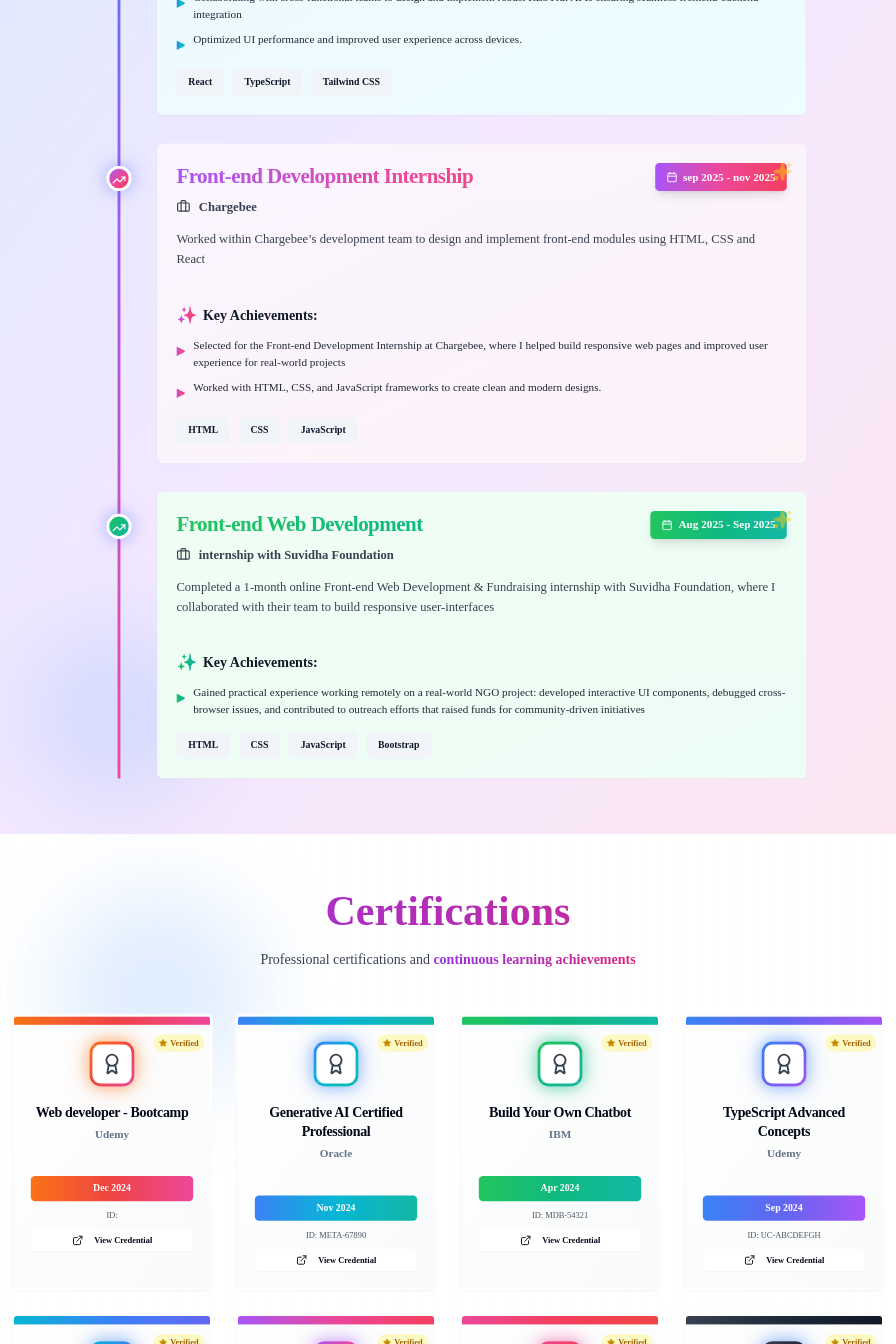
Repository: sm6746/PORTFOLIO
Page: /
The author's editor kept a copy of each file at every save. The page is drawn from the files as they stood at one save, then again after a run of saves.
The browser window is 1280 px wide. The pictures show the part of the page from y = 4580 to 6500 px (the page is 8260 px tall), at 70% of full size.
The project was rebuilt for these pictures with package versions that can differ from the ones it lists, and the page was loaded fresh each time. Also part of the build but not shown: vite.config.ts.

Above is the page before, as saved 2025-11-07 12:31:31.

### index.html
<!DOCTYPE html>
<html lang="en">
  <head>
    <meta charset="UTF-8" />
    <link rel="icon" type="image/svg+xml" href="/favicon.svg" />
    <meta name="viewport" content="width=device-width, initial-scale=1.0" />
    <title>Portfolio</title>
  </head>
  <body>
    <div id="root"></div>
    <script type="module" src="/app/main.tsx"></script>
  </body>
</html>

### app/main.tsx
import React from 'react'
import ReactDOM from 'react-dom/client'
import App from './app'
import './globals.css'

ReactDOM.createRoot(document.getElementById('root')!).render(
  <React.StrictMode>
    <App />
  </React.StrictMode>,
)

### app/app.tsx
import { ThemeProvider } from '@/lib/theme-context';
import { Header } from '@/components/header';
import { HeroSection } from '@/components/hero-section';
import { AboutSection } from '@/components/about-section';
import { SkillsSection } from '@/components/skills-section';
import { ProjectsSection } from '@/components/projects-section';
import { ExperienceSection } from '@/components/experience-section';
import { CertificationsSection } from '@/components/certifications-section';
import { ContactSection } from '@/components/contact-section';
import { Footer } from '@/components/footer';
import { ScrollToTop } from '@/components/scroll-to-top';

function App() {
  return (
    <ThemeProvider>
      <div className="min-h-screen bg-white dark:bg-gray-900 transition-colors duration-300">
        <Header />
        <main>
          <HeroSection />
          <AboutSection />
          <SkillsSection />
          <ProjectsSection />
          <ExperienceSection />
          <CertificationsSection />
          <ContactSection />
        </main>
        <Footer />
        <ScrollToTop />
      </div>
    </ThemeProvider>
  );
}

export default App;

### lib/theme-context.tsx
import React, { createContext, useContext, useEffect, useState } from 'react';

type Theme = 'light' | 'dark';

type ThemeContextType = {
  theme: Theme;
  toggleTheme: () => void;
};

const ThemeContext = createContext<ThemeContextType | undefined>(undefined);

export function ThemeProvider({ children }: { children: React.ReactNode }) {
  const [theme, setTheme] = useState<Theme>(() => {
    const stored = localStorage.getItem('portfolio-theme');
    return (stored as Theme) || 'light';
  });

  useEffect(() => {
    localStorage.setItem('portfolio-theme', theme);
    document.documentElement.classList.toggle('dark', theme === 'dark');
  }, [theme]);

  const toggleTheme = () => {
    setTheme(prev => (prev === 'light' ? 'dark' : 'light'));
  };

  return (
    <ThemeContext.Provider value={{ theme, toggleTheme }}>
      {children}
    </ThemeContext.Provider>
  );
}

export function useTheme() {
  const context = useContext(ThemeContext);
  if (!context) {
    throw new Error('useTheme must be used within ThemeProvider');
  }
  return context;
}

### components/certifications-section.tsx
import { Card, CardContent, CardHeader, CardTitle, CardDescription } from '@/components/ui/card';
import { Badge } from '@/components/ui/badge';
import { Button } from '@/components/ui/button';
import { Award, ExternalLink, Star } from 'lucide-react';
import { useScrollAnimation } from '@/hooks/use-scroll-animation';

export function CertificationsSection() {
  const { ref, isVisible } = useScrollAnimation();

  const certifications = [
    {
      title: 'Web developer - Bootcamp ',
      issuer: 'Udemy ',
      date: 'Dec 2024',
      /*credentialId: 'AWS-12345',*/
      gradient: 'from-orange-500 via-red-500 to-pink-500',
      glowClass: 'glow-orange',
    },
    {
      title: 'Generative AI Certified Professional ',
      issuer: 'Oracle',
      date: 'Nov 2024',
      credentialId: 'META-67890',
      gradient: 'from-blue-500 via-cyan-500 to-teal-500',
      glowClass: 'glow-blue',
    },
    {
      title: 'Build Your Own Chatbot',

      issuer: 'IBM',
      date: 'Apr 2024',
      credentialId: 'MDB-54321',
      gradient: 'from-green-500 via-emerald-500 to-teal-500',
      glowClass: 'glow-green',
    },
    {
      title: 'TypeScript Advanced Concepts',
      issuer: 'Udemy',
      date: 'Sep 2024',
      credentialId: 'UC-ABCDEFGH',
      gradient: 'from-blue-500 via-indigo-500 to-purple-500',
      glowClass: 'glow-blue',
    },
    {
      title: 'Docker & Kubernetes',
      issuer: 'Linux Foundation',
      date: 'Aug 2024',
      credentialId: 'LF-98765',
      gradient: 'from-cyan-500 via-blue-500 to-indigo-500',
      glowClass: 'glow-blue',
    },
    {
      title: 'Full Stack Web Development',
      issuer: 'Coursera',
      date: 'Jul 2024',
      credentialId: 'COURSERA-123456',
      gradient: 'from-purple-500 via-pink-500 to-rose-500',
      glowClass: 'glow-purple',
    },
    {
      title: 'GraphQL Fundamentals',
      issuer: 'Apollo',
      date: 'Jun 2024',
      credentialId: 'APOLLO-11223',
      gradient: 'from-pink-500 via-rose-500 to-red-500',
      glowClass: 'glow-pink',
    },
    {
      title: 'Git & GitHub Mastery',
      issuer: 'GitHub Learning Lab',
      date: 'May 2024',
      credentialId: 'GH-44556',
      gradient: 'from-gray-700 via-gray-800 to-gray-900',
      glowClass: 'glow-blue',
    },
  ];

  return (
    <section
      id="certifications"
      ref={ref as React.RefObject<HTMLElement>}
      className="py-20 bg-white dark:bg-gray-900 relative overflow-hidden"
    >
      <div className="absolute inset-0 bg-grid-pattern opacity-5"></div>
      <div className="absolute top-20 left-20 w-72 h-72 bg-blue-400/20 rounded-full blur-3xl"></div>
      <div className="absolute bottom-20 right-20 w-72 h-72 bg-purple-400/20 rounded-full blur-3xl"></div>

      <div className="container mx-auto px-4 relative z-10">
        <div
          className={`transition-all duration-1000 ${
            isVisible ? 'opacity-100 translate-y-0' : 'opacity-0 translate-y-10'
          }`}
        >
          <h2 className="text-5xl md:text-6xl font-extrabold text-center mb-6 bg-gradient-to-r from-blue-600 via-purple-600 to-pink-600 dark:from-blue-400 dark:via-purple-400 dark:to-pink-400 bg-clip-text text-transparent animate-gradient">
            Certifications
          </h2>
          <p className="text-center text-gray-700 dark:text-gray-300 mb-16 text-xl font-medium">
            Professional certifications and <span className="text-transparent bg-clip-text bg-gradient-to-r from-purple-600 to-pink-600 font-bold">continuous learning achievements</span>
          </p>

          <div className="grid md:grid-cols-2 lg:grid-cols-4 gap-8">
            {certifications.map((cert, index) => (
              <Card
                key={index}
                className={`group hover:shadow-2xl transition-all duration-500 transform hover:-translate-y-4 hover:scale-110 border-4 border-transparent hover:border-current overflow-hidden bg-gradient-to-br from-white to-gray-50 dark:from-gray-800 dark:to-gray-900 ${
                  isVisible ? 'opacity-100 translate-y-0' : 'opacity-0 translate-y-10'
                }`}
                style={{ transitionDelay: `${index * 100}ms` }}
              >
                <div className={`h-3 bg-gradient-to-r ${cert.gradient}`}></div>
                <CardHeader className="relative">
                  <div className={`w-16 h-16 mx-auto rounded-2xl bg-gradient-to-br ${cert.gradient} p-1 mb-4 group-hover:scale-125 group-hover:rotate-12 transition-all duration-500 shadow-xl ${cert.glowClass}`}>
                    <div className="w-full h-full rounded-xl bg-white dark:bg-gray-800 flex items-center justify-center">
                      <Award className="h-8 w-8 text-gray-700 dark:text-gray-300" />
                    </div>
                  </div>
                  <div className="absolute top-2 right-2 flex items-center gap-1 bg-yellow-100 dark:bg-yellow-900/50 px-2 py-1 rounded-full">
                    <Star className="h-3 w-3 text-yellow-600 fill-yellow-600" />
                    <span className="text-xs font-bold text-yellow-700 dark:text-yellow-400">Verified</span>
                  </div>
                  <CardTitle className={`text-xl font-bold text-center group-hover:bg-gradient-to-r ${cert.gradient} group-hover:bg-clip-text group-hover:text-transparent transition-all duration-300`}>
                    {cert.title}
                  </CardTitle>
                  <CardDescription className="text-center font-semibold text-base">{cert.issuer}</CardDescription>
                </CardHeader>
                <CardContent className="p-6">
                  <div className="space-y-3">
                    <Badge variant="outline" className={`w-full justify-center text-sm font-bold py-2 border-3 bg-gradient-to-r ${cert.gradient} text-white`}>
                      {cert.date}
                    </Badge>
                    <p className="text-xs text-gray-600 dark:text-gray-400 text-center font-medium">
                      ID: {cert.credentialId}
                    </p>
                    <Button
                      variant="outline"
                      size="sm"
                      className={`w-full border-3 hover:bg-gradient-to-r ${cert.gradient} hover:text-white hover:border-transparent font-bold transform hover:scale-105 transition-all duration-300`}
                    >
                      <ExternalLink className="h-4 w-4 mr-2" />
                      View Credential
                    </Button>
                  </div>
                </CardContent>
              </Card>
            ))}
          </div>
        </div>
      </div>
    </section>
  );
}

### components/footer.tsx
import { Github, Linkedin, Mail } from 'lucide-react';
import { Button } from '@/components/ui/button';

export function Footer() {
  return (
    <footer className="py-12 bg-gray-900 text-white">
      <div className="container mx-auto px-4">
        <div className="flex flex-col items-center gap-6">
          <div className="text-3xl font-bold bg-gradient-to-r from-blue-400 to-purple-400 bg-clip-text text-transparent">
            SHIVANI MEHRA
          </div>
          <p className="text-gray-400 text-center max-w-md">
            Building the future, one line of code at a time. Let's create something amazing together.
          </p>
          <div className="flex gap-4">
            <Button
              variant="ghost"
              size="icon"
              className="rounded-full hover:bg-blue-600/20 text-gray-300 hover:text-white transition-all"
            >
              <a
              href="https://github.com/sm6746"
              target="_blank"
              rel="noopener noreferrer"
            >
              <Github className="h-5 w-5" />
              </a>
            </Button>
            <Button
              variant="ghost"
              size="icon"
              className="rounded-full hover:bg-blue-600/20 text-gray-300 hover:text-white transition-all"
            >
              <a
              href="https://www.linkedin.com/in/shivani-mehra-/"
              target="_blank"
              rel="noopener noreferrer"
            >
              <Linkedin className="h-7 w-7" />
              </a>
            </Button>
            <Button
              variant="ghost"
              size="icon"
              className="rounded-full hover:bg-blue-600/20 text-gray-300 hover:text-white transition-all"
            >
              <a
              href="https://mail.google.com/mail/?view=cm&fs=1&to=shivanimehra22may@gmail.com"
              target="_blank"
              rel="noopener noreferrer"
            >
               <Mail className="h-5 w-5" />
              </a>

            </Button>
          </div>
          <div className="border-t border-gray-800 pt-6 w-full text-center">
            <p className="text-gray-500 text-sm">

            </p>
          </div>
        </div>
      </div>
    </footer>
  );
}

### components/scroll-to-top.tsx
import { Button } from '@/components/ui/button';
import { ArrowUp } from 'lucide-react';
import { useEffect, useState } from 'react';

export function ScrollToTop() {
  const [isVisible, setIsVisible] = useState(false);

  useEffect(() => {
    const toggleVisibility = () => {
      setIsVisible(window.scrollY > 500);
    };

    window.addEventListener('scroll', toggleVisibility);
    return () => window.removeEventListener('scroll', toggleVisibility);
  }, []);

  const scrollToTop = () => {
    window.scrollTo({ top: 0, behavior: 'smooth' });
  };

  if (!isVisible) return null;

  return (
    <Button
      onClick={scrollToTop}
      size="icon"
      className="fixed bottom-8 right-8 z-50 rounded-full shadow-lg bg-gradient-to-r from-blue-600 to-purple-600 hover:from-blue-700 hover:to-purple-700 animate-bounce"
    >
      <ArrowUp className="h-5 w-5" />
    </Button>
  );
}

### components/ui/button.tsx
import * as React from "react"
import { Slot } from "@radix-ui/react-slot"
import { cva, type VariantProps } from "class-variance-authority"

import { cn } from "@/lib/utlis"

const buttonVariants = cva(
  "inline-flex items-center justify-center gap-2 whitespace-nowrap rounded-md text-sm font-medium transition-colors focus-visible:outline-none focus-visible:ring-1 focus-visible:ring-ring disabled:pointer-events-none disabled:opacity-50 [&_svg]:pointer-events-none [&_svg]:size-4 [&_svg]:shrink-0",
  {
    variants: {
      variant: {
        default:
          "bg-primary text-primary-foreground shadow hover:bg-primary/90",
        destructive:
          "bg-destructive text-destructive-foreground shadow-sm hover:bg-destructive/90",
        outline:
          "border border-input bg-background shadow-sm hover:bg-accent hover:text-accent-foreground",
        secondary:
          "bg-secondary text-secondary-foreground shadow-sm hover:bg-secondary/80",
        ghost: "hover:bg-accent hover:text-accent-foreground",
        link: "text-primary underline-offset-4 hover:underline",
      },
      size: {
        default: "h-9 px-4 py-2",
        sm: "h-8 rounded-md px-3 text-xs",
        lg: "h-10 rounded-md px-8",
        icon: "h-9 w-9",
      },
    },
    defaultVariants: {
      variant: "default",
      size: "default",
    },
  }
)

export interface ButtonProps
  extends React.ButtonHTMLAttributes<HTMLButtonElement>,
    VariantProps<typeof buttonVariants> {
  asChild?: boolean
}

const Button = React.forwardRef<HTMLButtonElement, ButtonProps>(
  ({ className, variant, size, asChild = false, ...props }, ref) => {
    const Comp = asChild ? Slot : "button"
    return (
      <Comp
        className={cn(buttonVariants({ variant, size, className }))}
        ref={ref}
        {...props}
      />
    )
  }
)
Button.displayName = "Button"

export { Button, buttonVariants }

### hooks/use-scroll-animation.ts
import { useEffect, useRef, useState } from 'react';

export function useScrollAnimation() {
  const ref = useRef<HTMLElement>(null);
  const [isVisible, setIsVisible] = useState(false);

  useEffect(() => {
    const observer = new IntersectionObserver(
      ([entry]) => {
        if (entry.isIntersecting) {
          setIsVisible(true);
        }
      },
      { threshold: 0.1 }
    );

    if (ref.current) {
      observer.observe(ref.current);
    }

    return () => {
      if (ref.current) {
        observer.unobserve(ref.current);
      }
    };
  }, []);

  return { ref, isVisible };
}

### components/ui/card.tsx
import * as React from "react"

import { cn } from "@/lib/utlis"

const Card = React.forwardRef<
  HTMLDivElement,
  React.HTMLAttributes<HTMLDivElement>
>(({ className, ...props }, ref) => (
  <div
    ref={ref}
    className={cn(
      "rounded-lg border bg-card text-card-foreground shadow-sm",
      className,
    )}
    {...props}
  />
))
Card.displayName = "Card"

const CardHeader = React.forwardRef<
  HTMLDivElement,
  React.HTMLAttributes<HTMLDivElement>
>(({ className, ...props }, ref) => (
  <div
    ref={ref}
    className={cn("flex flex-col space-y-1.5 p-6", className)}
    {...props}
  />
))
CardHeader.displayName = "CardHeader"

const CardTitle = React.forwardRef<
  HTMLParagraphElement,
  React.HTMLAttributes<HTMLHeadingElement>
>(({ className, ...props }, ref) => (
  <h3
    ref={ref}
    className={cn(
      "text-2xl font-semibold leading-none tracking-tight",
      className,
    )}
    {...props}
  />
))
CardTitle.displayName = "CardTitle"

const CardDescription = React.forwardRef<
  HTMLParagraphElement,
  React.HTMLAttributes<HTMLParagraphElement>
>(({ className, ...props }, ref) => (
  <p
    ref={ref}
    className={cn("text-sm text-muted-foreground", className)}
    {...props}
  />
))
CardDescription.displayName = "CardDescription"

const CardContent = React.forwardRef<
  HTMLDivElement,
  React.HTMLAttributes<HTMLDivElement>
>(({ className, ...props }, ref) => (
  <div ref={ref} className={cn("p-6 pt-0", className)} {...props} />
))
CardContent.displayName = "CardContent"

const CardFooter = React.forwardRef<
  HTMLDivElement,
  React.HTMLAttributes<HTMLDivElement>
>(({ className, ...props }, ref) => (
  <div
    ref={ref}
    className={cn("flex items-center p-6 pt-0", className)}
    {...props}
  />
))
CardFooter.displayName = "CardFooter"

export { Card, CardHeader, CardFooter, CardTitle, CardDescription, CardContent }

### components/ui/badge.tsx
import * as React from "react"
import { cva, type VariantProps } from "class-variance-authority"

import { cn } from "@/lib/utlis"

const badgeVariants = cva(
  "inline-flex items-center rounded-md border px-2.5 py-0.5 text-xs font-semibold transition-colors focus:outline-none focus:ring-2 focus:ring-ring focus:ring-offset-2",
  {
    variants: {
      variant: {
        default:
          "border-transparent bg-primary text-primary-foreground shadow hover:bg-primary/80",
        secondary:
          "border-transparent bg-secondary text-secondary-foreground hover:bg-secondary/80",
        destructive:
          "border-transparent bg-destructive text-destructive-foreground shadow hover:bg-destructive/80",
        outline: "text-foreground",
      },
    },
    defaultVariants: {
      variant: "default",
    },
  }
)

export interface BadgeProps
  extends React.HTMLAttributes<HTMLDivElement>,
    VariantProps<typeof badgeVariants> {}

function Badge({ className, variant, ...props }: BadgeProps) {
  return (
    <div className={cn(badgeVariants({ variant }), className)} {...props} />
  )
}

export { Badge, badgeVariants }

### components/ui/input.tsx
import * as React from "react"

import { cn } from "@/lib/utlis"

const Input = React.forwardRef<HTMLInputElement, React.ComponentProps<"input">>(
  ({ className, type, ...props }, ref) => {
    return (
      <input
        type={type}
        className={cn(
          "flex h-9 w-full rounded-md border border-input bg-transparent px-3 py-1 text-base shadow-sm transition-colors file:border-0 file:bg-transparent file:text-sm file:font-medium file:text-foreground placeholder:text-muted-foreground focus-visible:outline-none focus-visible:ring-1 focus-visible:ring-ring disabled:cursor-not-allowed disabled:opacity-50 md:text-sm",
          className
        )}
        ref={ref}
        {...props}
      />
    )
  }
)
Input.displayName = "Input"

export { Input }

### components/ui/textarea.tsx
import * as React from "react"

import { cn } from "@/lib/utlis"

const Textarea = React.forwardRef<
  HTMLTextAreaElement,
  React.ComponentProps<"textarea">
>(({ className, ...props }, ref) => {
  return (
    <textarea
      className={cn(
        "flex min-h-[60px] w-full rounded-md border border-input bg-transparent px-3 py-2 text-base shadow-sm placeholder:text-muted-foreground focus-visible:outline-none focus-visible:ring-1 focus-visible:ring-ring disabled:cursor-not-allowed disabled:opacity-50 md:text-sm",
        className
      )}
      ref={ref}
      {...props}
    />
  )
})
Textarea.displayName = "Textarea"

export { Textarea }

Loaded but not shown: lib/utlis.tsx (common file); tailwind.config.js (62 lines, source omitted); components/projects-section.tsx (180 lines, source omitted); components/contact-section.tsx (144 lines, source omitted); components/experience-section.tsx (141 lines, source omitted); components/hero-section.tsx (124 lines, source omitted); components/about-section.tsx (79 lines, source omitted); components/skills-section.tsx (112 lines, source omitted); components/header.tsx (82 lines, source omitted); app/globals.css (115 lines, source omitted)

After the next 2 saves:
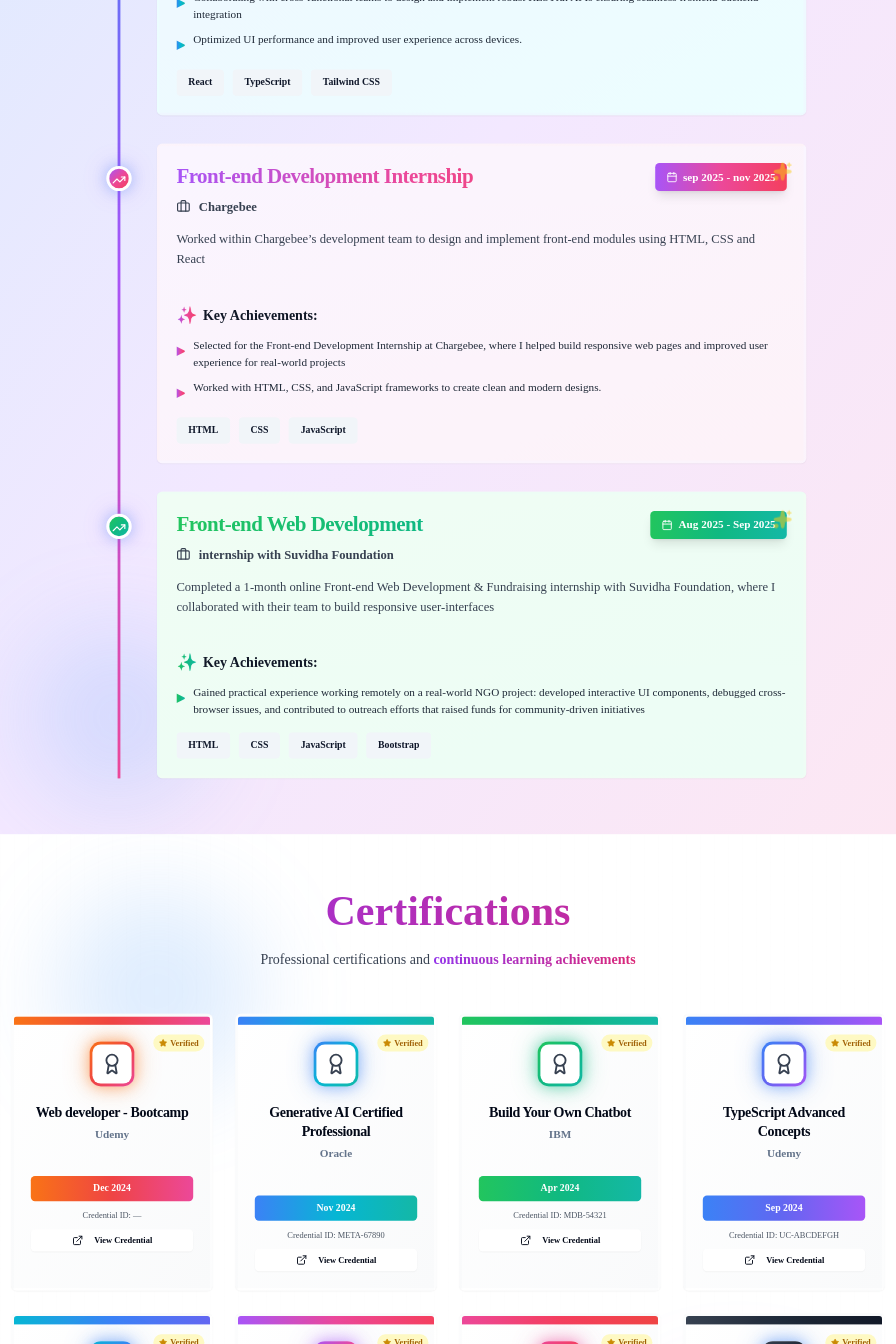
The 2 saves are shown as one change because 1 did not build or start.
The last was saved 19 min 52 s later.
--- a/components/certifications-section.tsx
+++ b/components/certifications-section.tsx
@@ -128,17 +128,19 @@
                     <Badge variant="outline" className={`w-full justify-center text-sm font-bold py-2 border-3 bg-gradient-to-r ${cert.gradient} text-white`}>
                       {cert.date}
                     </Badge>
-                    <p className="text-xs text-gray-600 dark:text-gray-400 text-center font-medium">
-                      ID: {cert.credentialId}
-                    </p>
-                    <Button
-                      variant="outline"
-                      size="sm"
-                      className={`w-full border-3 hover:bg-gradient-to-r ${cert.gradient} hover:text-white hover:border-transparent font-bold transform hover:scale-105 transition-all duration-300`}
-                    >
-                      <ExternalLink className="h-4 w-4 mr-2" />
-                      View Credential
-                    </Button>
+                    <>
+                      <p className="text-xs text-gray-600 dark:text-gray-400 text-center font-medium">
+                        Credential ID: {cert.credentialId ?? '—'}
+                      </p>
+                      <Button
+                        variant="outline"
+                        size="sm"
+                        className={`w-full border-3 hover:bg-gradient-to-r ${cert.gradient} hover:text-white hover:border-transparent font-bold transform hover:scale-105 transition-all duration-300`}
+                      >
+                        <ExternalLink className="h-4 w-4 mr-2" />
+                        View Credential
+                      </Button>
+                    </>
                   </div>
                 </CardContent>
               </Card>
